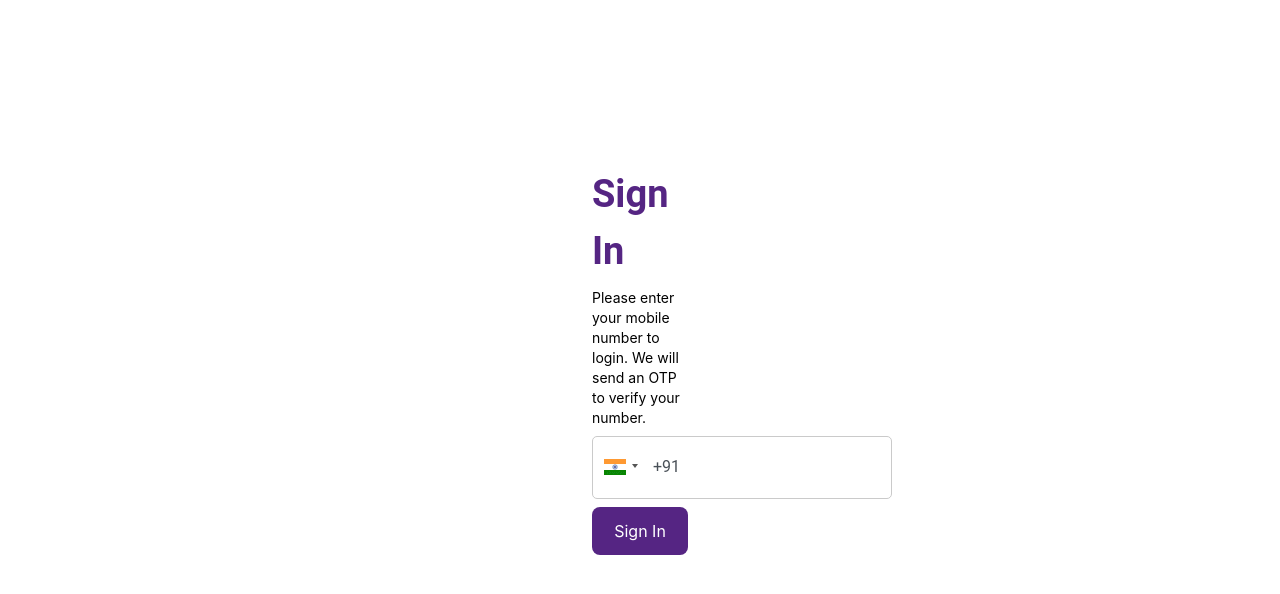
Repository: jayaprakash27/helloar-task
Page: /
An editor plug-in stored every save of this project. The page is shown before and after the next save, followed by the edit.
The browser window is 1280 px wide. The pictures show the whole page.
The project was rebuilt for these pictures with package versions that can differ from the ones it lists, and the page was loaded fresh each time.

Above is the page before, as saved 2023-10-26 23:47:43.

After the next save:
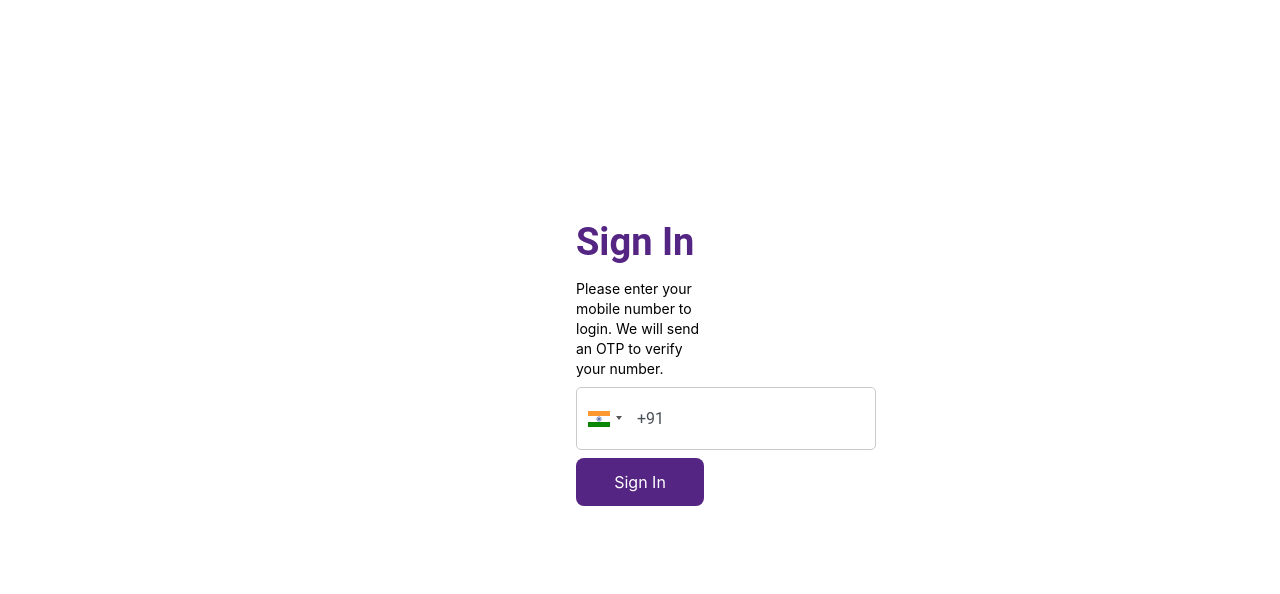
Saved 14 s later.
--- a/src/components/Login.jsx
+++ b/src/components/Login.jsx
@@ -41,7 +41,7 @@ function Login() {
 
   return (
     <div className="login-page">
-      <div className=" login-box flex flex-col w-24 gap-2">
+      <div className=" login-box flex flex-col w-32 gap-2">
         <h1 className=" text-primary-color font-semibold"> Sign In</h1>
         <p className=" text-sm">
           Please enter your mobile number to login. We will send an OTP to
